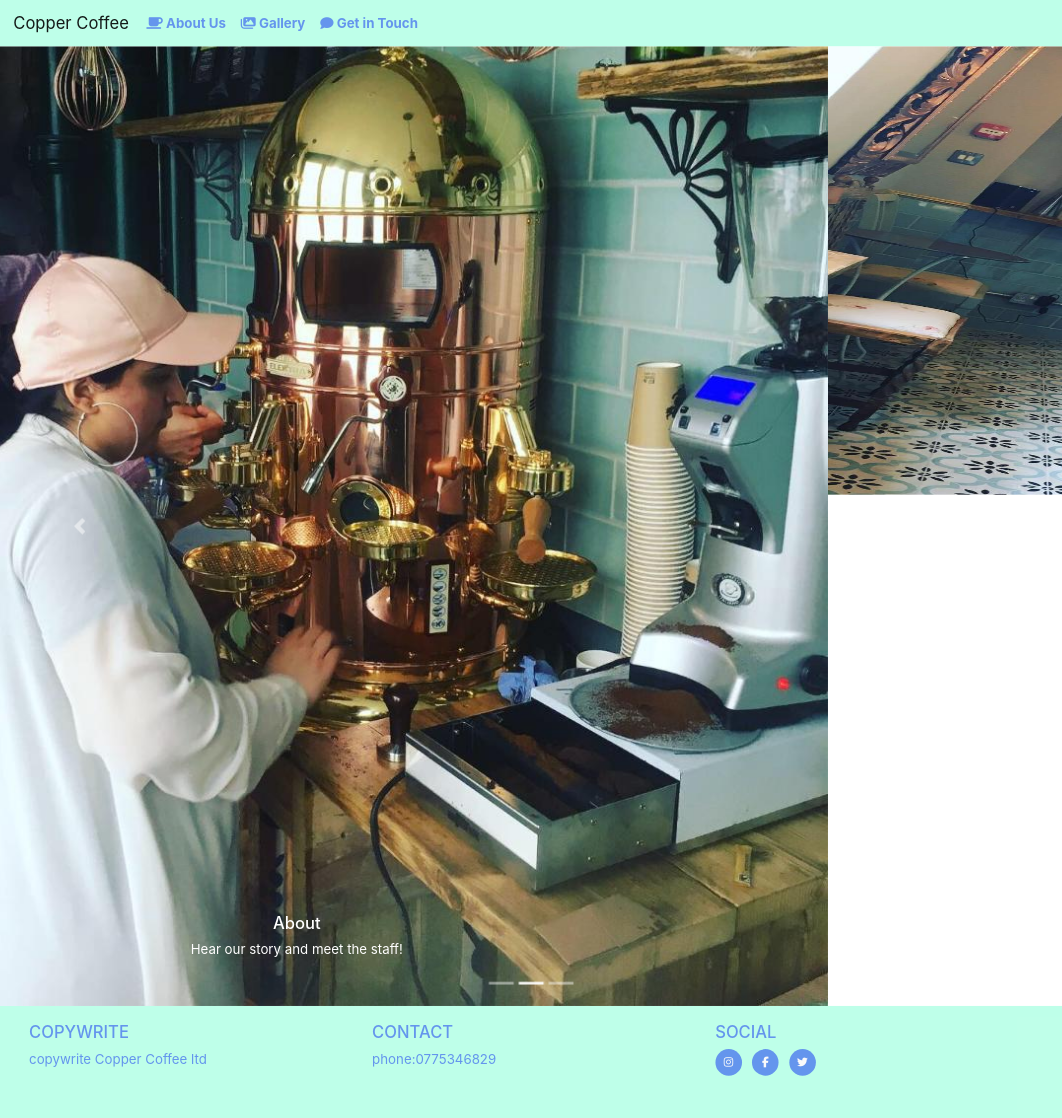
Repository: Matt-F90/milestone
Page: index.html
The author's editor kept a record of every edit. The page is drawn from the files as they stood at one moment, then again after the next edit.
The browser window is 1280 px wide. The pictures show the whole page, at 83% of full size.
Some web libraries are served in a nearby version.

Above is the page before.
Console error: TypeError: Cannot read properties of undefined (reading 'fn')

After the next edit:
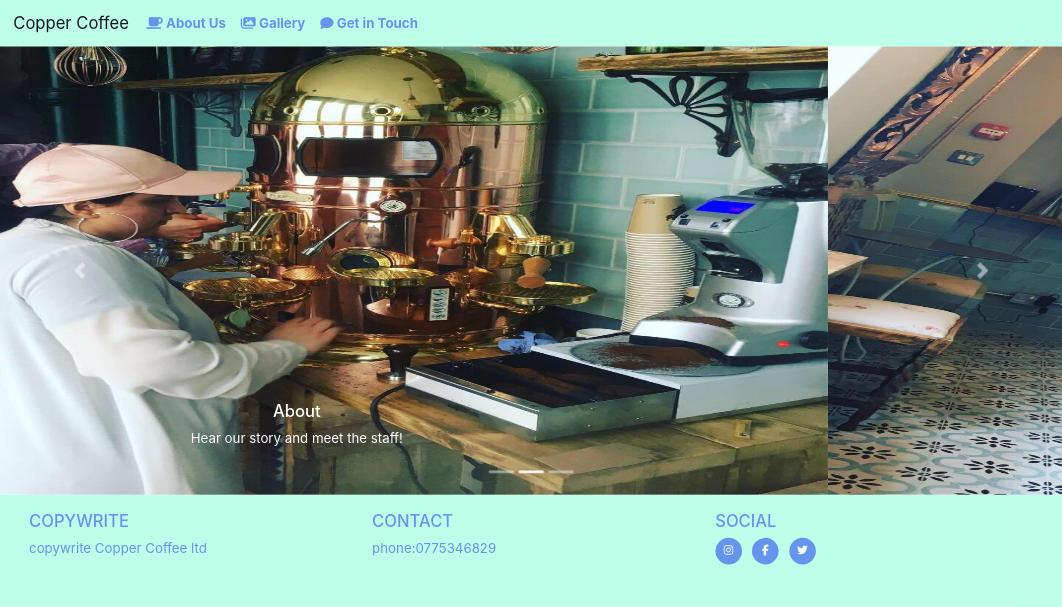
The edit:
--- a/index.html
+++ b/index.html
@@ -46,7 +46,7 @@
         </ol>
         <div class="carousel-inner">
             <div class="carousel-item active">
-                <img class="d-block w-100" src="./assets/images/about.jpg" alt="First slide">
+                <img class="imgheight d-block w-100" src="./assets/images/about.jpg" alt="First slide">
                 <div class="carousel-caption">
                     <h5>About</h5>
                     <p>Hear our story and meet the staff!</p>
